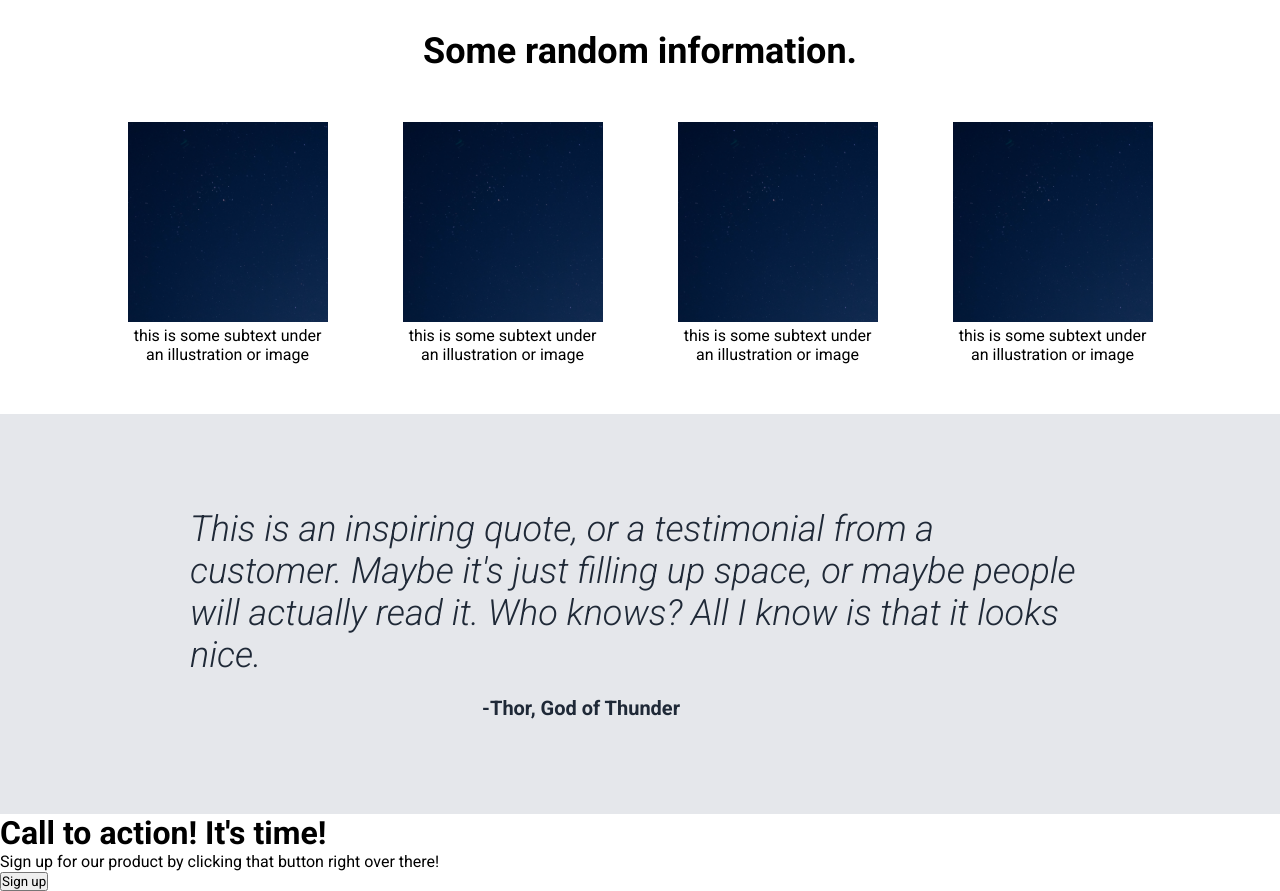
Repository: aaronestre/odin-landingpage
Page: index.html
The author's editor kept a copy of each file at every save. The page is drawn from the files as they stood at one save, then again after the next save.
The browser window is 1280 px wide. The pictures show the part of the page from y = 570 to 1461 px (the page is 1461 px tall).
A picture or video elsewhere on the page could not be fetched, so the positions and the page height are approximate.

Above is the page before, as saved 2025-02-12 21:19:06.

After the next save:
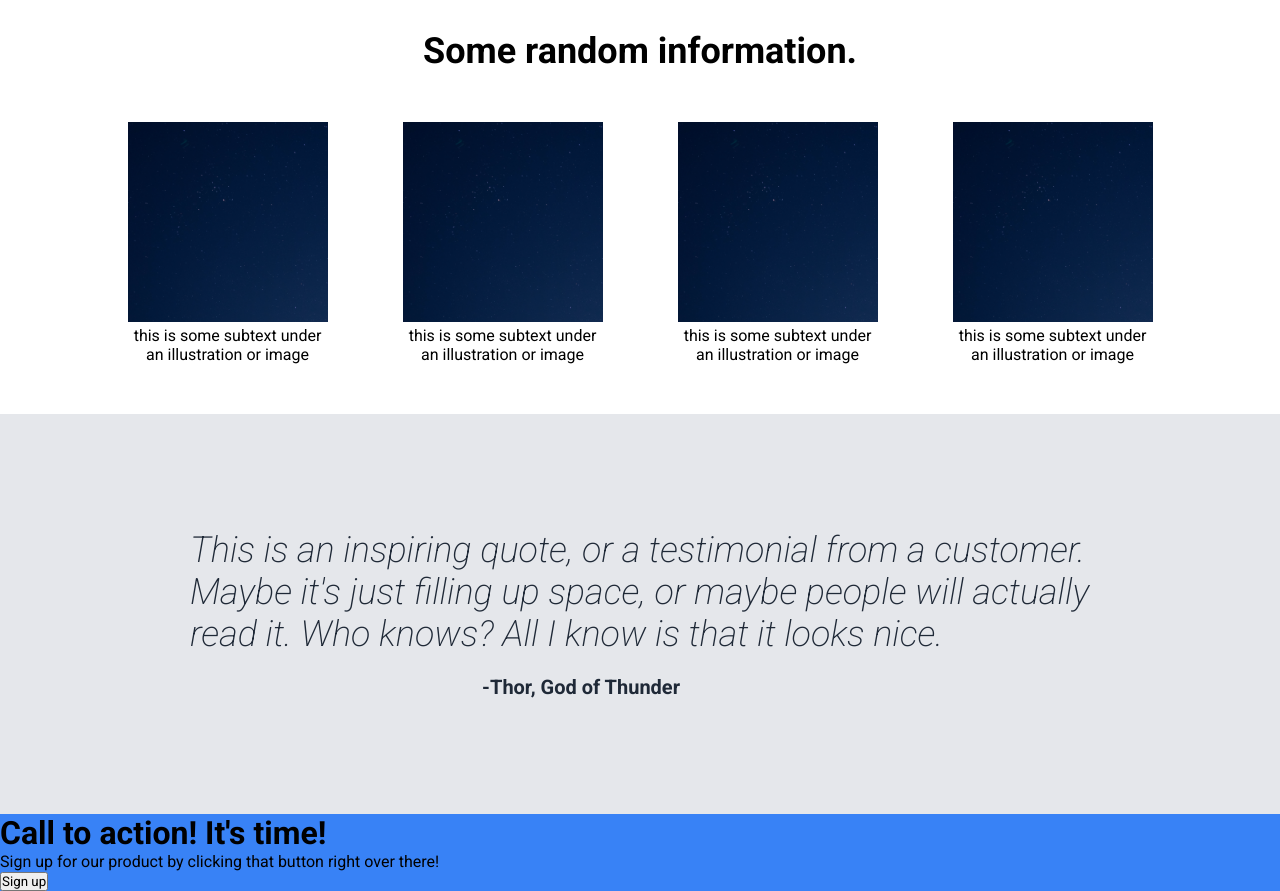
Saved 22 s later.
--- a/index.css
+++ b/index.css
@@ -113,7 +113,7 @@
 
 .quote-text {
     font-style: italic;
-    font-weight: 300;
+    font-weight: 200;
     margin-bottom: 20px;
     width: 900px;
 }
@@ -124,3 +124,7 @@
     align-self: flex-end;
     margin-right: 600px;
 }
+
+.cta-container {
+    background-color: #3882f6;
+}
